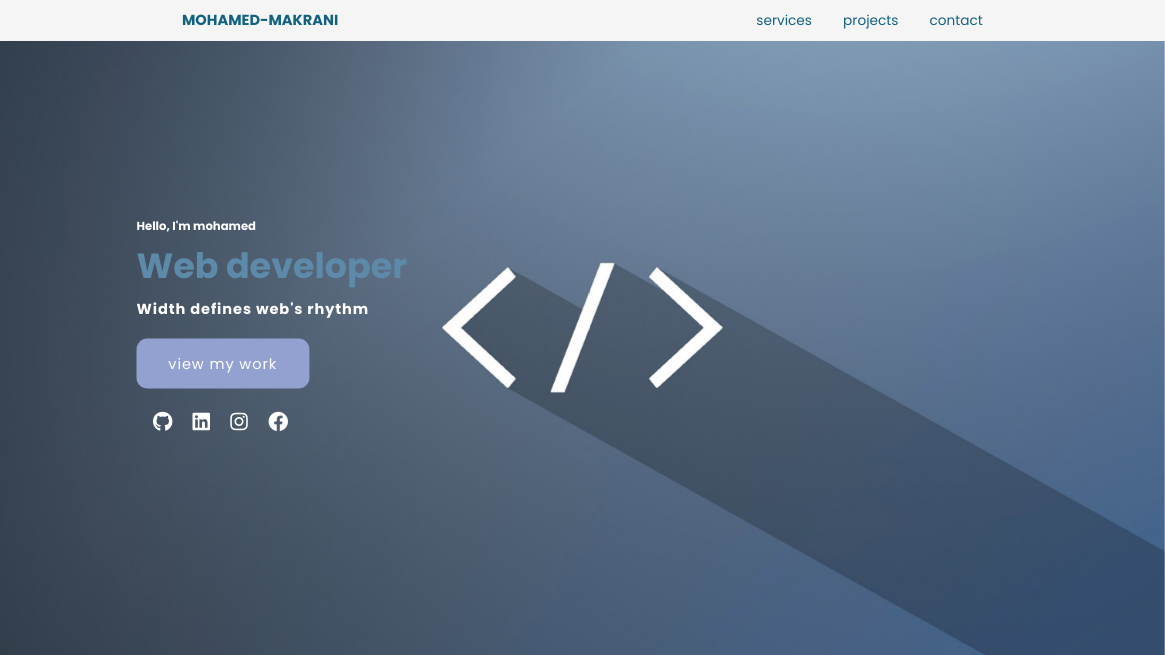
Repository: mohamed-makrani/Portfolio
Page: indixe.html
An editor plug-in stored every save of this project. The page is shown before and after the next save, followed by the edit.
The browser window is 1280 px wide. The pictures show the whole page, at 91% of full size.
Backgrounds fixed to the window are drawn as part of the page.

Above is the page before, as saved 2023-09-16 16:55:53.

After the next save:
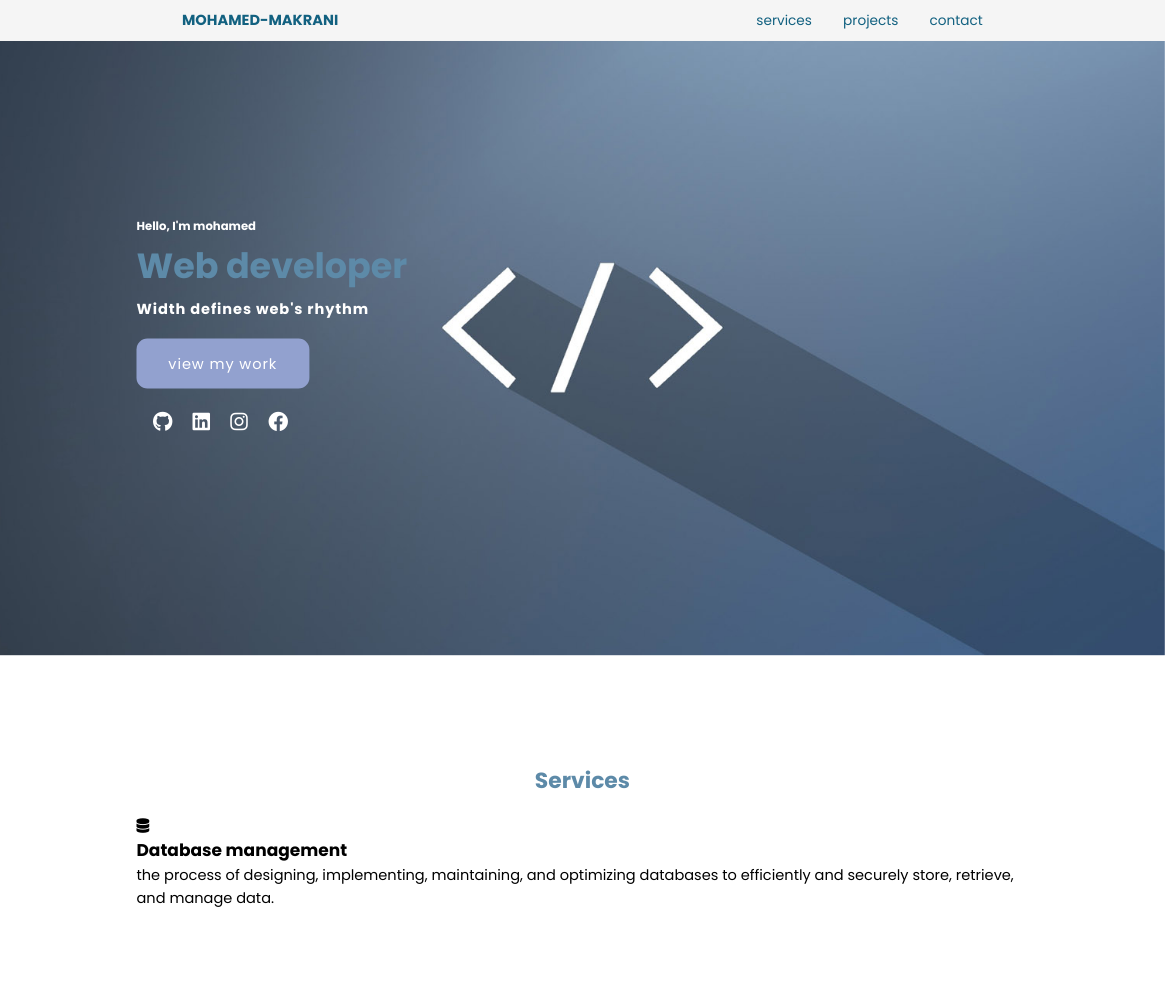
Saved 14 s later.
--- a/indixe.html
+++ b/indixe.html
@@ -30,9 +30,22 @@
             <a href="#"><i class="fa-brands fa-facebook"></i></a>
         </div>
         </div>
+    </section>
+    <section class="card" id="services" >
+        <h2 class="title">Services</h2>
+        <div class="content">
+            <div class="card">
+                <div class="icon"></div>
+                <i class="fa-solid fa-database"></i>
+            </div>
+            <div class="info">
+                <h3>Database management</h3>
+                <p> the process of designing, implementing, maintaining, and optimizing databases to efficiently and securely store, retrieve, and manage data.</p>
+            </div>
 
 
 
+        </div>
 
 
 
